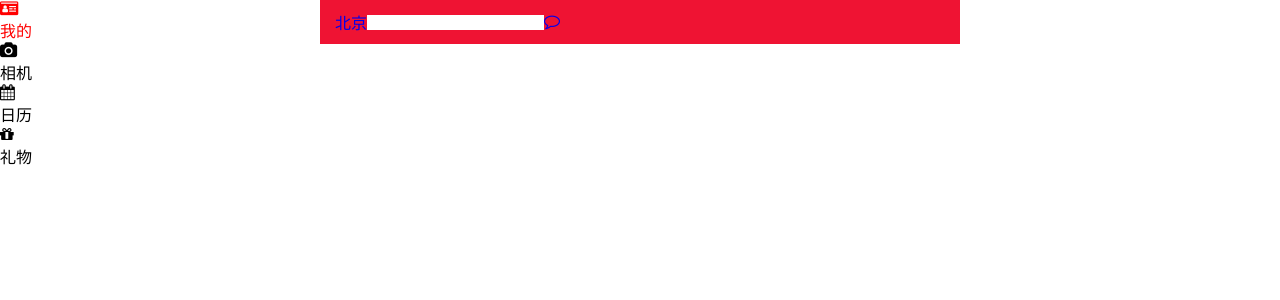
Repository: zhenzhen-gong/flextContent
Page: index.html
An editor plug-in stored every save of this project. The page is shown before and after the next save, followed by the edit.
The browser window is 1280 px wide. The pictures show the whole page.

Above is the page before, as saved 2020-06-18 16:58:41.

### index.html
<!DOCTYPE html>
<html lang="en">
<head>
    <meta charset="UTF-8">
    <meta name="viewport" content="width=device-width, initial-scale=1.0">
    <title>移动端响应式小项目</title>
    <link rel="stylesheet" href="css/style.css">
    <link rel="stylesheet" href="css/font-awesome/css/font-awesome.min.css">
    <script src="script.js"></script>
</head>
<body>
    <div class="Tbox">
        <header>
            <a href="#" class="left-address">北京</a>
            <a href="#" class="middle-form">
                <input name="search">
            </a>
            <a href="#" class="right-message">
                <i class="fa fa-comment-o"></i>
            </a>
        </header>
        <section></section>
    </div>
    <footer>
        <div class="active">
            <a href="#" class="active">
                <i class="fa fa-id-card"></i>
            </a>
            我的
        </div>
        <div>
            <a href="#">
                <i class="fa fa-camera"></i>
            </a>
            相机
        </div>
        <div>
            <a href="#">
                <i class="fa fa-calendar"></i>
            </a>
            日历
        </div>
        <div>
            <a href="#">
                <i class="fa fa-gift"></i>
            </a>
            礼物
        </div>
    </footer>
</body>
</html>

### css/style.css
/* css初始化 */
*{
    margin: 0;
    padding: 0;
    border: none;
}
a{
    text-decoration: none;
}
/* 正文部分 */
.Tbox{
    width: 640px;
    position: absolute;
    left: 0;
    right: 0;
    margin: 0 auto;
    background: sandybrown;
}
.Tbox>header{
   height: 44px;
   padding: 0 15px;
   background: #ef1333;
   display: flex;
   align-items: center;
}
.Tbox>header>a

/* 页脚部分 */
footer{
    position: fixed;
    bottom: 0;
    height: 54px;
    width: 100%;
    font-size: 12px;
    display: flex;
    align-items: center;
    text-align: center;
    background: #ffffff;;
    border-top: 1px solid #cccccc;
}
footer>div{
    flex: 1;
}
footer>div.active{
    color: red;
}
footer>div>a{
    display: block;
    color: #000000;
}
footer>div>a.active{
    color: red;
}

### script.js
window.onload = function () {





}

Loaded but not shown: css/font-awesome/css/font-awesome.min.css (library)

After the next save:
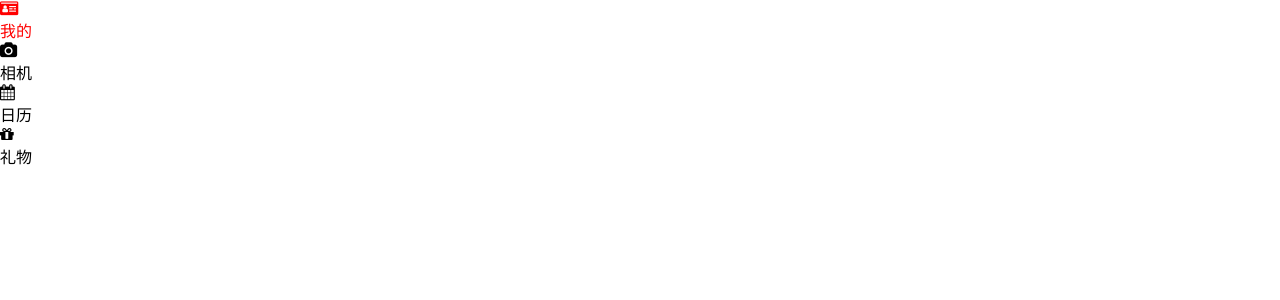
Saved 62 s later.
--- a/index.html
+++ b/index.html
@@ -9,7 +9,7 @@
     <script src="script.js"></script>
 </head>
 <body>
-    <div class="Tbox">
+    <!-- <div class="Tbox">
         <header>
             <a href="#" class="left-address">北京</a>
             <a href="#" class="middle-form">
@@ -20,7 +20,7 @@
             </a>
         </header>
         <section></section>
-    </div>
+    </div> -->
     <footer>
         <div class="active">
             <a href="#" class="active">
